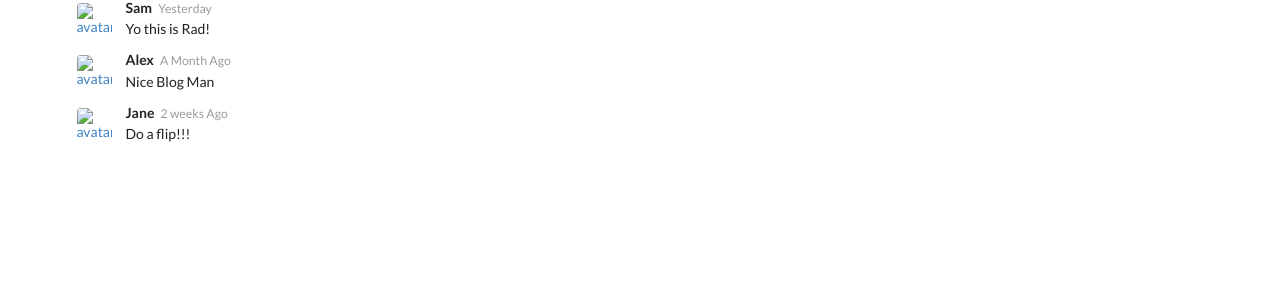
Repository: geedtd/udemyreact
Page: /
These files come from the project's save history. The page is drawn as it stood at one moment and after a run of saves; the edit follows.
The browser window is 1280 px wide. The pictures show the whole page.
Pictures or frames that could not be fetched are drawn as grey boxes. The project was rebuilt for these pictures with package versions that can differ from the ones it lists, and the page was loaded fresh each time.

Above is the page before, as saved 2020-03-18 01:56:57.

After the next 3 saves:
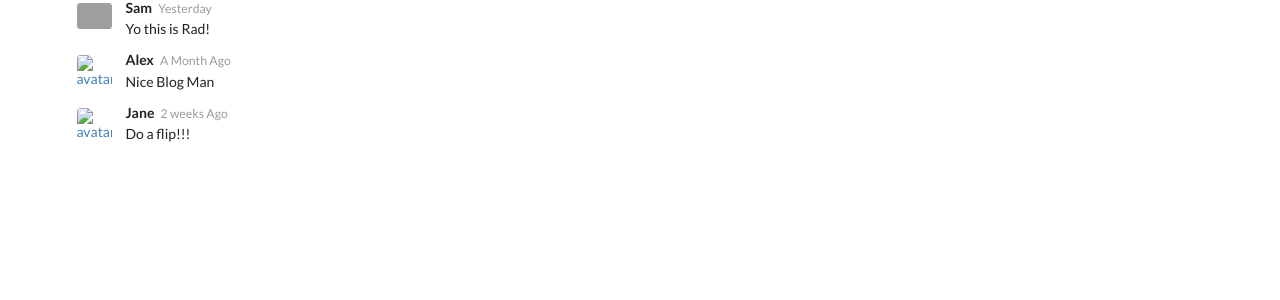
The 3 saves are shown as one change because 2 did not build or start.
The last was saved 110 s later.
--- a/src/index.js
+++ b/src/index.js
@@ -1,12 +1,12 @@
 import React from 'react';
 import ReactDOM from 'react-dom';
-//import faker from 'faker';
+import faker from 'faker';
 import CommentDetail from './CommentDetail';
 
 const App = () => {
     return (
         <div className="ui container comments">
-            <CommentDetail author="Sam" timeAgo="Yesterday" commentText="Yo this is Rad!"/>
+            <CommentDetail author="Sam" timeAgo="Yesterday" commentText="Yo this is Rad!" avatarImage={faker.image.avatar()}/>
             <CommentDetail author="Alex" timeAgo="A Month Ago" commentText="Nice Blog Man"/>
             <CommentDetail author="Jane" timeAgo="2 weeks Ago" commentText="Do a flip!!!"/>
         </div>
--- a/src/CommentDetail.js
+++ b/src/CommentDetail.js
@@ -6,7 +6,7 @@ const CommentDetail = (props) => {
     return (
         <div className="comment">
                 <a href='/' className="avatar">
-                    <img alt="avatar" src={props.avatar}/>
+                    <img alt="avatar" src={props.avatarImage}/>
                 </a>
                 <div className="content">
                     <a href="/" className="author">
